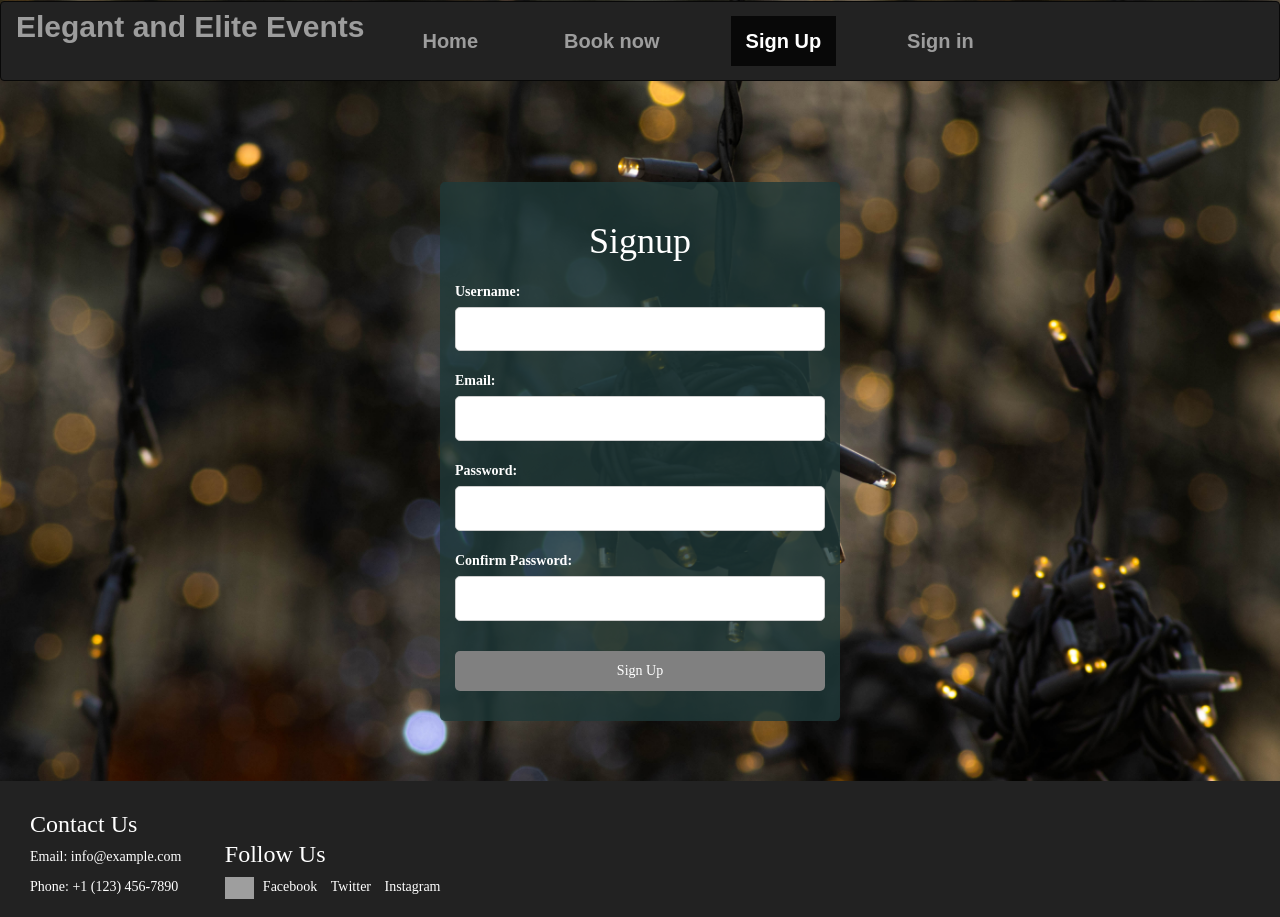
Repository: it22272690/Event-Planning-System
Page: http://localhost/PaymentDemo/Signup.jsp
These files come from the project's save history. The page is drawn as it stood at one moment and after the next save; the edit follows.
The browser window is 1280 px wide. The pictures show the whole page.
Pictures or frames that could not be fetched are drawn as grey boxes. Some web fonts or font styles are not loaded; a fallback is used. The page is served by Tomcat 10. Other server files are loaded and not shown.

Above is the page before, as saved 2023-10-24 08:23:21.

### PaymentDemo/src/main/webapp/Signup.jsp
<%@ page language="java" contentType="text/html; charset=ISO-8859-1"
    pageEncoding="ISO-8859-1"%>


<!DOCTYPE html>
<html lang="en">
<head>

    <meta charset="UTF-8">
    <meta name="viewport" content="width=device-width, initial-scale=1.0">
    <title>Event Planning System Signup</title>
    <link rel="stylesheet" href="css\signup.css">
    <link rel="stylesheet" href="css\home.css">
    <title>Bootstrap Example</title>
        <meta charset="utf-8">
        <meta name="viewport" content="width=device-width, initial-scale=1">
        <link rel="stylesheet" href="https://maxcdn.bootstrapcdn.com/bootstrap/3.4.1/css/bootstrap.min.css">
        <script src="https://ajax.googleapis.com/ajax/libs/jquery/3.6.4/jquery.min.js"></script>
        <script src="https://maxcdn.bootstrapcdn.com/bootstrap/3.4.1/js/bootstrap.min.js"></script>
    </head>
    <body>

        <header>

            <nav class="navbar navbar-inverse">

                <div class="container-fluid">
                    <div class="navbar-header">

                        <a class="navbar-brand" href="#"><b style="font-size:30px;">Elegant and Elite Events</b></a>

                    </div>
                    <ul class="nav navbar-nav">

                        <li><a href="Home.jsp">Home</a></li>
                        <li><a href="Navigate.jsp">Book now</a></li>
                        <li class="active"><a href="Signup.jsp">Sign Up</a></li>
                        <li><a href="Signin.jsp">Sign in</a></li>


                    </ul>
                </div>
            </nav>

        </header>
        </body>
        </html>
</head>
<body>
<style>
   body {

         background-image: url("images/signup.jpg");
         font-family: 'Times New Roman';
        }
        footer {
    background-color: #222; /* Dark background for footer */
    padding: 10px;
    text-align: left;
}
h1 {
    text-align: center;
    color:#fff;
}
</style>
    <br><br><br><br>
    <div class="container">
        <h1>Signup </h1>
        <form id="signupForm" action="Signin.jsp" method="post">
            <label for="username">Username:</label>
            <input type="text" id="username" name="username" required>

            <label for="email">Email:</label>
            <input type="email" id="email" name="email" required>

            <label for="password">Password:</label>
            <input type="password" id="password" name="password" required>

            <label for="confirmPassword">Confirm Password:</label>
            <input type="password" id="confirmPassword" name="confirmPassword" required><br>

            <button type="submit">Sign Up</button>
        </form>
        <p id="errorText"></p>
    </div>
    <script src="js\signup.js"></script><br><br><br>
    <footer>
            <div class="contact">
                <h3>Contact Us</h3>
                <p>Email: info@example.com</p>
                <p>Phone: +1 (123) 456-7890</p>
            </div>
            <div class="social-media">

                <h3>Follow Us</h3>
                <img src="images\foot.jpg" alt="Chicago" style="width:5%;" style="height:5%;">
                <a href="#">Facebook</a>
                <a href="#">Twitter</a>
                <a href="#">Instagram</a>

            </div>
        </footer>
</body>
</html>

### PaymentDemo/src/main/webapp/css/signup.css
* {
    margin: 0;
    padding: 0;
    box-sizing: border-box;
}

body {
    font-family: 'Times New Roman';
    background-image: url("images\signup.jpg");
    background-repeat: no-repeat;
    background-size: cover;
}

.container {
    max-width: 400px;
    margin: 0 auto;
    padding: 20px;
    background-color: rgba(31, 57, 57, 0.8); /* Semi-transparent background color */
    border-radius: 5px;
}

h1 {
    text-align: center;
    color:#fff;
}

form {
    display: flex;
    flex-direction: column;
    color:#fff;
}

label {
    margin-top: 10px;
    font-weight: bold;
}

input[type="text"],
input[type="email"],
input[type="password"] {
    padding: 10px;
    margin-bottom: 10px;
    border: 1px solid #ccc;
    border-radius: 5px;
    font-size: 16px;
}

button {
    background-color:#808080;
    color:#fff;
    padding: 10px;
    border: none;
    border-radius: 5px;
    font-size: 20px;
    cursor: pointer;
}

    button:hover {
        background-color: rgba(31, 57, 57, 0.8);
    }

#errorText {
    color: red;
    text-align: center;
    margin-top: 10px;
}

### PaymentDemo/src/main/webapp/css/home.css

.button {
    display: inline-block;
    padding: 10px 20px;
    background-color: #D2691E;
    color: #fff;
    text-decoration: none;
    border-radius: 10px;
    margin-right: 10px;
}

body {
    font-family: 'Courier New';
    margin: 0;
    padding: 0;
    background-color: #FFE4B5;
    color: #fff;
}

header {
    display: flex;
    font-family: Arial;
    font-size: 20px;
    align-items: center;

    padding: 1px 0;
    justify-content: space-between; /* Center buttons horizontally */
}

    header img {
        width: 100px; /* Adjust the width as needed */
        height: auto; /* Preserve the aspect ratio */
        margin-left: 20px; /* Add some left margin to the logo */
    }

nav ul {
    list-style-type: none;
    padding: 0;
    text-align: center; /* Center buttons vertically */
}

    nav ul li {
        display: inline;
        float: right;
        display: block;
        color: white;
        padding: 14px 18px;
        text-decoration: none;
    }

        nav ul li a {
            color: #fff;
            text-decoration: none;
            font-weight: bold;
            margin: 0 10px; /* Add some horizontal spacing between the buttons */
        }

.services {
    display: flex;
    flex-wrap: wrap;
    justify-content: center;
    margin: 20px auto;
    max-width: 1200px;
    color: #8B4513; /* Set the text color to white for visibility */
}

.service {
    background-color: #fff;
    border: 1px solid #FF4500; /* Slightly darker border */
    border-radius: 5px;
    padding: 20px;
    margin: 10px;
    text-align: center;
    width: calc(33.33% - 20px);
}

footer {
    background-color: #222; /* Dark background for footer */
    padding: 20px;
    text-align: left;
}

.contact, .social-media {
    display: inline-block;
    margin: 0 20px;
    text-align: left;
    color: #fff;
}

    .social-media a {
        color: #fff;
        text-decoration: none;
        margin: 5px;
        text-align: left;
    }

/* Add this CSS to style the search bar */
.search-section {
    display: flex;
    align-items: center;
}

.search-bar {
    padding: 10px;
    border: 1px solid #ccc;
    border-radius: 5px;
    margin-right: 10px;
    width: 200px; /* Adjust the width as needed */
    outline: none; /* Remove the outline on focus */
}

    .search-bar::placeholder {
        color: #999; /* Placeholder text color */
    }

.search-button {
    background-color: #D2691E;
    color: #fff;
    padding: 10px 20px;
    border: none;
    border-radius: 5px;
    cursor: pointer;
    font-weight: bold;
}

### PaymentDemo/src/main/webapp/js/signup.js
document.addEventListener('DOMContentLoaded', function () {
    const signupForm = document.getElementById('signupForm');
    const errorText = document.getElementById('errorText');

    signupForm.addEventListener('submit', function (e) {
        e.preventDefault();

        // Get form values
        const username = document.getElementById('username').value;
        const email = document.getElementById('email').value;
        const password = document.getElementById('password').value;
        const confirmPassword = document.getElementById('confirmPassword').value;

        // Check if passwords match
        if (password !== confirmPassword) {
            errorText.textContent = 'Passwords do not match.';
            return;
        }

        // Perform further validation if needed

        // Submit the form data to the server or perform other actions
        // For demonstration purposes, just display a success message
        errorText.textContent = 'Signup successful!';

        // You would typically send the form data to the server for processing here
    });
});

### PaymentDemo/src/main/webapp/css/footer.css
*{
    margin: 0;
    padding: 0;
    box-sizing: border-box;
    text-decoration: none;
    list-style: none;
    scroll-behavior: smooth;
    font-family: 'Josefin Sans', sans-serif;
}
html::-webkit-scrollbar-track{
    background: transparent;
}
html::-webkit-scrollbar-thumb{
    background: #f4f5fb;
    border-radius: 10px;
}
html::-webkit-scrollbar{
    width: 10px;
}
body{
    background: #fff;
}


/* Footer Start */
#footer{
    width: 100%;
    padding: 50px 8% 50px;
    background-color: black;
    box-shadow: 10px 10px 10px 10px #f4f5fb;
}
.footer-content{
    display: grid;
    grid-template-columns: repeat(auto-fit, minmax(250px, auto));
    align-items: center;
    gap: 0.90rem;
}
#footer #row1{
    position: relative;
    overflow: hidden;
}
#footer #row1 #footer-logo{
    font-size: 30px;
    color: #f4f5fb;
}
#footer #row1 p{
    color: #f4f5fb;
    margin-top: 10px;
}
.socail-links{
    margin-top: 15px;
}
.socail-links i{
    color: #1c0a51;
    background: #f4f5fb;
    font-size: 20px;
    padding: 10px;
    border-radius: 5px;
    cursor: pointer;
}
#row2 h3{
    font-size: 18px;
    color: #f4f5fb;
    border-bottom: 2px solid #f4f5fb;
}
#row2 ul{
    margin-top: 15px;
}
#row2 ul li{
    margin-top: 8px;
}
#row2 ul li a{
    color: #f4f5fb;
    transition: 0.5s ease;
}
#row2 li a:hover{
    border-bottom: 1px solid #f4f5fb;
}
#row3 h3{
    font-size: 18px;
    color: #f4f5fb;
    border-bottom: 2px solid #f4f5fb;
}
#row3 ul{
    margin-top: 15px;
}
#row3 ul li{
    margin-top: 8px;
}
#row3 ul li a{
    color: #f4f5fb;
    transition: 0.5s ease;
}
#row3 li a:hover{
    border-bottom: 1px solid #f4f5fb;
}
#row4 h3{
    font-size: 18px;
    color: #f4f5fb;
    border-bottom: 2px solid #f4f5fb;
}
#row4 img{
    width: 180px;
    cursor: pointer;
}
/* Footer End */

After the next save:
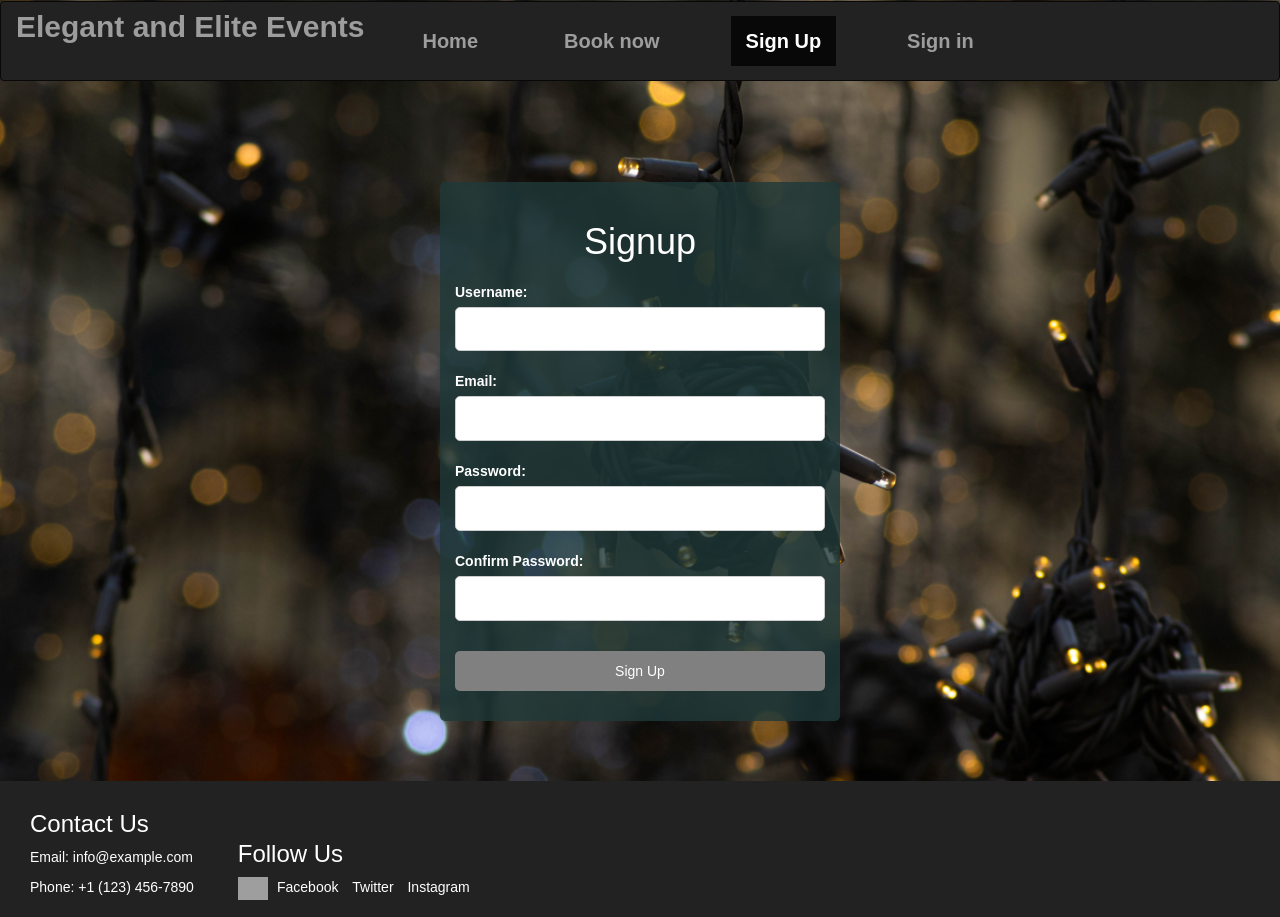
Saved 45 s later.
--- a/PaymentDemo/src/main/webapp/Signup.jsp
+++ b/PaymentDemo/src/main/webapp/Signup.jsp
@@ -9,6 +9,20 @@
     <meta charset="UTF-8">
     <meta name="viewport" content="width=device-width, initial-scale=1.0">
     <title>Event Planning System Signup</title>
+     <!-- Style Css Link -->
+    <link rel="stylesheet" href="css/footer.css">
+    <!-- Style Css Link -->
+
+    <!-- Font Awesome Cdn -->
+    <link rel="stylesheet" href="https://cdnjs.cloudflare.com/ajax/libs/font-awesome/6.4.0/css/all.min.css">
+    <!-- Font Awesome Cdn -->
+
+    <!-- Google Font links -->
+    <link rel="preconnect" href="https://fonts.googleapis.com">
+    <link rel="preconnect" href="https://fonts.gstatic.com" crossorigin>
+    <link href="https://fonts.googleapis.com/css2?family=Josefin+Sans:wght@500&display=swap" rel="stylesheet">
+    <!-- Google Font links -->
+
     <link rel="stylesheet" href="css\signup.css">
     <link rel="stylesheet" href="css\home.css">
     <title>Bootstrap Example</title>
